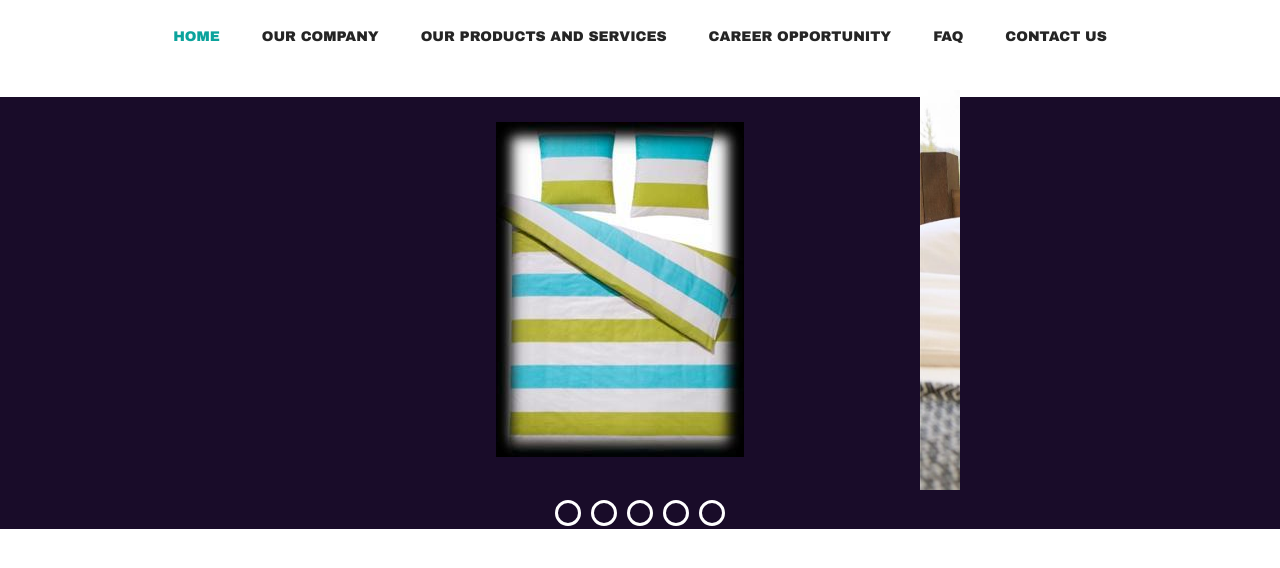
Repository: asifdotpy/textechint
Page: homeTextile.html
These files come from the project's save history. The page is drawn as it stood at one moment and after the next save; the edit follows.
The browser window is 1280 px wide. The pictures show the whole page.

Above is the page before, as saved 2021-03-03 14:45:37.
Console error: TypeError: Cannot read properties of null (reading 'dataset')

### homeTextile.html
<!doctype html>
<html>
<head>
	<meta charset="UTF-8">
	<meta name="viewport" content="width=device-width, initial-scale=1.0">
	<title>Tex Tech International</title>
	<link rel="stylesheet" type="text/css" href="css/home.css">
	<link rel="stylesheet" type="text/css" href="css/mobile.css" media="screen and (max-width : 568px)">
	<link rel="shortcut icon" href="/favicon.ico">
	<script type="text/javascript" src="js/homeSlider.js"></script>
</head>
<body>
    <div id="header">
		<ul id="navigation">
			<li class="selected">
				<a href="index.html">home</a>
			</li>
			<li>
				<a href="company.html">our company</a>
			</li>
			<li>
				<a href="gallery.html">Our Products and services
				</a>
			</li>
			<li>
				<a href="career.html">career opportunity</a>
			</li>
			<li>
				<a href="faq.html">faq</a>
			</li>
			<li>
				<a href="contact.html">contact us</a>
			</li>
		</ul>
	</div>
    <div class="slider-all">
    <div class="sub-body">
        <div class="slider">
            <div class="images">
                <input type="radio" name="slide" id="img1" checked>
                <input type="radio" name="slide" id="img2">
                <input type="radio" name="slide" id="img3">
                <input type="radio" name="slide" id="img4">
                <input type="radio" name="slide" id="img5">

                <img src="./hometextile/hometextile1.png" class="m1" alt="img1">
                <img src="./images/slide-hometextile.jpg" class="m2" alt="img2">
                <img src="./images/slide-handicraft.jpg" class="m3" alt="img3">
                <img src="./images/slide-leather.jpg" class="m4" alt="img4">
                <img src="./images/slide-itsolutions.jpg" class="m5" alt="img5">
            </div>
            <div class="dots">
                <label for="img1"></label>
                <label for="img2"></label>
                <label for="img3"></label>
                <label for="img4"></label>
                <label for="img5"></label>
            </div>
        </div>
    </div>
    </div>
    </div>
</body>
</html>

### css/home.css
@font-face {
	font-family: 'poller_oneregular';
	src: url('../fonts/pollerone/pollerone-webfont.eot');
	src: url('../fonts/pollerone/pollerone-webfont.eot?#iefix') format('embedded-opentype'),
		 url('../fonts/pollerone/pollerone-webfont.woff') format('woff'),
		 url('../fonts/pollerone/pollerone-webfont.ttf') format('truetype'),
		 url('../fonts/pollerone/pollerone-webfont.svg#poller_oneregular') format('svg');
}
@font-face {
	font-family: 'leckerli_oneregular';
	src: url('../fonts/leckerlione/leckerlione-regular-webfont.eot');
	src: url('../fonts/leckerlione/leckerlione-regular-webfont.eot?#iefix') format('embedded-opentype'),
		 url('../fonts/leckerlione/leckerlione-regular-webfont.woff') format('woff'),
		 url('../fonts/leckerlione/leckerlione-regular-webfont.ttf') format('truetype'),
		 url('../fonts/leckerlione/leckerlione-regular-webfont.svg#leckerli_oneregular') format('svg');
}

body {
	background: #fff;
	font-family: Arial, Helvetica, sans-serif;
	font-size: 14px;
	font-weight: normal;
	line-height: 1;
	margin: 0;
	min-width: 960px;
	padding: 0;
}

#header {
	margin: 0 auto;
	padding: 4px 0 50px;
	text-align: center;
	/*width: 960px;*/
}
#header a.logo {
	display: block;
	margin: 0 auto;
	padding: 0;
	width: 340px;
}
#header a.logo img {
	border: 0;
	display: block;
	margin: 0;
	padding: 0;
}
#header ul {
	margin: 0;
	padding: 25px 0 0;
}
#header ul li {
	display: inline;
	list-style: none;
	margin: 0;
	padding: 0 19px;
}
#header ul li a {
	color: #252525;
	display: inline-block;
	font-family: "Arial Black", Gadget, sans-serif;
	font-size: 14px;
	font-weight: normal;
	margin: 0;
	padding: 0 0 3px;
	text-decoration: none;
	text-transform: uppercase;
}
#header ul li a:hover, #header ul li.selected a {
	color: #0ba39c;
}

#footer {
	background: #252525;
	margin: 0;
	padding: 36px 0 42px;
}
#footer div {
	margin: 0 auto;
	overflow: hidden;
	padding: 0;
	width: 960px;
}
#footer div p {
	color: #fff;
	float: left;
	line-height: 44px;
	margin: 0 0 0 10px;
	padding: 0;
}
#footer div ul {
	display: block;
	float: right;
	margin: 0;
	overflow: hidden;
	padding: 0;
	width: 256px;
}
#footer div ul li {
	display: block;
	float: left;
	list-style: none;
	margin: 0 10px;
	padding: 0;
	width: 44px;
}
#footer div ul li a {
	background: url(../images/icons.jpg) no-repeat 0 0;
	display: block;
	height: 44px;
	margin: 0;
	padding: 0;
	text-indent: -99999px;
	width: 44px;
}
#footer div ul li #linkedin {
	background-position: 0 0;
}
#footer div ul li #linkedin:hover {
	background-position: -44px 0;
}
#footer div ul li #facebook {
	background-position: 0 -44px;
}
#footer div ul li #facebook:hover {
	background-position: -44px -44px;
}


div .slider-all {
    box-sizing: border-box;
    margin: 0;
    padding: 0;
}
div .sub-body {
    height: 60vh;
    display: flex;
    justify-content: center;
    align-items: center;
    background: rgb(25,12,41);
}


.slider {
    position: relative;
    width: 50%;
    overflow: hidden;
}
.images {
    display: flex;
    width: 100%;
}
.images img {
    height: 400px;
    width: 100%;
    transition: all 0.15s ease;
}
.images input {
    display: none;
}
.dots {
    display: flex;
    justify-content: center;
    margin: 5px;
}
.dots label {
    height: 20px;
    width: 20px;
    border-radius: 50%;
    border: solid #fff 3px;
    cursor: pointer;
    transition: all 0.15s ease;
    margin: 5px;
}
.dots label:hover {background: #fff;}
#img1:checked ~ .m1 {
    margin-left: 0;
}
#img2:checked ~ .m2 {
    margin-left: -100%;
}
#img3:checked ~ .m3 {
    margin-left: -200%;
}
#img4:checked ~ .m4 {
    margin-left: -300%;
}
#img5:checked ~ .m5 {
	margin-left: -400%;
}


#container {
    margin-top: 2vh;
    margin-bottom: 2vh;
    margin-left: 40vh;
    margin-right: 40vh;
    padding: 2vh;
    text-align: left;
}

h1 {
    font-size: 36px;
    margin-top: 20px;
    margin-bottom: 10px;
    font-family: inherit;
    font-weight: 500;
    line-height: 1.1;
    color: inherit;
    /*margin: 067em 0;*/
}

#container p {
    font-size: 18px;
    font-family: inherit;
    font-weight: 300;
	line-height: 1.4;
}

.carousel {
	padding: 3rem;
}

/*---------------------------------------adding images in home tab-----------------------------------*/

.flex-parent {
	display: flex;
  }
  .flex-child {
	flex: 1;
  }

  /* base css */
  .carousel {
	padding: 3rem;
  }
  /*h3 {
	margin: 1.5rem 0 .25em;
	clear: both;
  }*/
  .parent {
	background: #fff;
	padding-left: 3rem;
	padding-right: 3rem;
	margin-left: 2rem;
	margin-right: 2rem;
  }
  .child {
	border: none;
	padding: 1rem;
	margin: auto;
	width: 50%;
	text-align: center;
  }

  .child p {
	font-size: 18px;
	font-family: inherit;
	font-weight: 300;
	line-height: 1.4;
  }

### js/homeSlider.js
/*
    This page made by : Youssef Abdelzaher Front-end developer
*/

/* Start Get Elements  */
let AbdelzaherSlider = document.querySelector(".Abdelzaher-slider");
let items = Array.from(document.querySelectorAll(".Abdelzaher-slider .item"));
let controls = document.querySelector(".Abdelzaher-slider .controls");
// Creat controls spans by items number
for (let i = 0; i < items.length; i++) {
    let controlsSpan = document.createElement("span");
    controlsSpan.dataset.index = i;
    controls.appendChild(controlsSpan);
}
let controlsSpans = Array.from(document.querySelectorAll(".Abdelzaher-slider .controls span"));
let controlsButtons = Array.from(document.querySelectorAll(".Abdelzaher-slider .controlsButtons button"));
let audioEffect  = document.querySelector(".sound");
/* End Get Elements  */

/* Start Controls span Function  */
controlsSpans.forEach((span,index) => {
    // Add z-index for spans
    span.style.zIndex = items.length + 2;

    span.onclick = function(){
        let activeItem = document.querySelector(".Abdelzaher-slider .item.active");
        let activeIndex = items.indexOf(activeItem);
        if (index > activeIndex) {
            startAudio();
            // Cleear Interval function for this Function work without problems
            clearInterval(autoInterval);
            setTimeout(autoTranstion(),5000);
            // Remove and Add class "active" for items to make transform
            activeItem.style.transform = 'translate(-100%)';
            activeItem.classList.remove('active');
            items[index].style.transform = 'translate(0)';
            items[index].classList.add('active');
            // Add this function for transform work good without any problems in the end of transform
            getPosition();

        }else if(index < activeIndex) {
            startAudio();
            // Cleear Interval function for this Function work without problems
            clearInterval(autoInterval);
            setTimeout(autoTranstion(),5000);
            // Remove and Add class "active" for items to make transform
            activeItem.style.transform = 'translate(100%)';
            activeItem.classList.remove('active');
            items[index].style.transform = 'translate(0)';
            items[index].classList.add('active');
            // Add this function for transform work good without any problems in the end of transform
            getPosition();
        }

    };
});
/* End Controls span Function  */

/* Start prev and next rules Function */
function getPrevAndNext() {
    let activeItem = document.querySelector(".Abdelzaher-slider .item.active");
    let activeIndex = items.indexOf(activeItem);
    let prevSlide,nextSlide;
    if (activeIndex === items.length - 1) {
        nextSlide = items[0];
    } else {
        nextSlide = items[activeIndex + 1];
    }
    if (activeIndex === 0) {
        prevSlide = items[items.length - 1]
    } else {
        prevSlide = items[activeIndex - 1];
    }
    return[prevSlide,nextSlide];
}
getPrevAndNext();
/* End prev and next rules Function */

/* Start Position function */
function getPosition() {
    let activeItem = document.querySelector(".Abdelzaher-slider .item.active");
    let activeIndex = items.indexOf(activeItem);
    const [prevSlide,nextSlide] = getPrevAndNext();
    items.forEach((item,index)=>{
        if (index === activeIndex) {
            item.style.transform = "translateX(0%)";
        }else if (item === prevSlide) {
            item.style.transform = "translateX(-100%)";
        }else if (item === nextSlide) {
            item.style.transform = "translateX(100%)";
        }else{
            item.style.transform = "translateX(100%)";
        }
        item.addEventListener("transitionend",()=>{
            item.classList.remove("top");
        });
        // Add and remove "active" class for controls spans
        controlsSpans.forEach(span => {
            span.classList.remove("active")
        });
        controlsSpans[activeIndex].classList.add("active");
    });
};
getPosition();
/* End Position function */

// Add events for controls buttons
controlsButtons.forEach(button =>{
    // Add z-index for buttons
    button.style.zIndex = items.length + 2;
    button.addEventListener("click",()=>{
        if (button.classList.contains("next")) {
            startAudio();
            // Cleear Interval function for this Function work without problems
            clearInterval(autoInterval);
            setTimeout(autoTranstion(),intervalTimeNume);
            getNextSlide();
        }else if (button.classList.contains("prev")) {
            startAudio();
            clearInterval(autoInterval);
            setTimeout(autoTranstion(),intervalTimeNume);
            getPrevSlide();
        }
    });
});

/* Start nextSlide function */
function getNextSlide() {

    let activeItem = document.querySelector(".Abdelzaher-slider .item.active");
    const [prevSlide,nextSlide] = getPrevAndNext();
    if (activeItem.classList.contains("top")) {
        return;
    }
    // Add class "top" to active item to show his transform
    activeItem.classList.add("top");
    nextSlide.classList.add("top");
    // Remove and Add class "active" for items to make transform
    activeItem.classList.remove('active');
    activeItem.style.transform = 'translate(-100%)';
    nextSlide.classList.add('active');
    nextSlide.style.transform = 'translateX(0)';
    // Add this function for transform work good without any problems in the end of transform
    getPosition();
}
/* End nextSlide function */

/* Start prevSlide function */
function getPrevSlide() {

    let activeItem = document.querySelector(".Abdelzaher-slider .item.active");
    const [prevSlide,nextSlide] = getPrevAndNext();
    if (activeItem.classList.contains("top")) {
        return;
    }
    // Add class "top" to active item to show his transform
    activeItem.classList.add("top");
    prevSlide.classList.add("top");
    // Remove and Add class "active" for items to make transform
    activeItem.classList.remove('active');
    activeItem.style.transform = 'translate(100%)';
    prevSlide.classList.add('active');
    prevSlide.style.transform = 'translateX(0)';
    // Add this function for transform work good without any problems in the end of transform
    getPosition();
}
/* Start prevSlide function */

/* Start autoInterval function for change item every 5 secound */
let intervalTimeNume = parseInt(AbdelzaherSlider.dataset.change);
let intervalTimeString = AbdelzaherSlider.dataset.change;
function autoTranstion() {
    autoInterval = setInterval(()=>{
        getNextSlide();
    },intervalTimeNume);
}
autoTranstion();

// Remove autoInterval function
if (intervalTimeNume === 0 || intervalTimeString === "none") {

    clearInterval(autoInterval);

}
/* End autoInterval function for change item every 5 secound */


/* Start sctiveControl function for add and remove "active" class for controls spans */
function activeControl() {
    let activeItem = document.querySelector(".Abdelzaher-slider .item.active");
    let activeIndex = items.indexOf(activeItem);
    controlsSpans.forEach(span => {
        span.classList.remove("active")
    });
    controlsSpans[activeIndex].classList.add("active");
}
activeControl();
/* End sctiveControl function for add and remove "active" class for controls spans */

function startAudio() {
    audioEffect.play();
}

### css/mobile.css
body {
	min-width: 0;
}
#header {
	padding: 20px 0;
	position: relative;
	width: 100%;
}
#header a.logo {
	width: 80%;
}
#header a.logo img {
	width: 100%;
}
#mobile-navigation {
	background: url(../images/mobile-menu.png) no-repeat 0 0;
	display: block;
	height: 50px;
	margin: 30px auto 0;
	padding: 0;
	width: 50px;
}
#header ul {
	border: 1px solid #fff;
	display: none;
	left: 50%;
	margin-left: -45%;
	padding: 0;
	position: absolute;
	width: 90%;
	z-index: 1001;
}
#header ul li {
	border-top: 1px solid #fff;
	display: block;
	margin: 0;
	padding: 0;
	position: relative;
}
#header > ul > li:first-child {
	border: 0;
}
#header ul li a {
	background: rgba(11, 163, 156, 0.9);
	color: #fff;
	display: block;
	font-family: Arial, Helvetica, sans-serif;
	font-size: 16px;
	font-weight: normal;
	height: 49px;
	line-height: 49px;
	padding: 0 15px;
	text-align: left;
}
#header ul li a:hover, #header ul li.selected a {
	background: rgba(0, 0, 0, 0.9);
	color: #fff;
}
#header ul ul {
	display: none;
	border: 0;
	height: auto;
	left: 0;
	margin: 0;
	position: relative;
	width: 100%;
}
#header ul ul li a {
	text-indent: 15px;
}
#header ul li span {
	background: rgba(11, 163, 156, 0.9) url(../images/mobile-expand.png) no-repeat 0 0;
	border-left: 1px solid #fff;
	display: block;
	height: 49px;
	position: absolute;
	right: 0;
	top: 0;
	width: 50px;
}
#body {
	width: 100%;
}
#body h1 {
	display: block;
	font-size: 20px;
	margin: 0 auto;
	width: 90%;
}
#body h1 span {
	display: block;
	padding: 3%;
	width: 94%;
}
#body > div {
	padding: 0 5%;
	width: 90%;
}
#body > div img {
	margin: 24px 0 30px;
	width: 98%
}
#body > div .article {
	padding: 0;
	width: 100%;
}
#body > div .article h2, #body > div .article h4 {
	font-size: 18px;
	font-weight: bold;
}
#body #featured {
	overflow: hidden;
	margin: 0 0 20px
}
#body #featured img {
	min-width: 960px;
}
#body #featured div {
	left: 0;
	margin: 0;
	padding: 0 2%;
	position: absolute;
	top: 0;
	text-align: left;
	width: 96%;
}
#body #featured div h2 {
	font-size: 14px;
	font-weight: normal;
	margin: 50px 0 10px;
	padding: 8px 5px;
}
#body #featured div span {
	display: block;
	font-size: 14px;
	margin: 10px 0;
	padding: 10px;
}
#body #featured div a {
	font-size: 14px;
	margin: 5px 0 0;
	padding: 10px;
}
#body > ul {
	overflow: visible;
	padding: 0 5%;
	width: 90%;
}
#body ul.gallery {
	padding: 5% 0;
	overflow: hidden;
	width: 100%;
}
#body > ul li {
	float: none;
	margin: 0;
	width: 100%;
}
#body ul.gallery li {
	float: left;
	margin: 0 0 5% 5%;
	width: 42%;
}
#body > ul li a img {
	width: 98%;
}
#body > ul li a span {
	padding: 15px 0;
}
#body div ul {
	margin: 0;
	padding: 20px 0 0;
	width: 100%;
}
#body div ul li {
	overflow: visible;
	padding: 0 0 20px;
	width: 99%;
}
#body div ul li .figure {
	border: 0;
	display: block;
	float: none;
	margin: 0 0 20px;
	width: 100%;
}
#body div ul li .figure img {
	width: 100%;
}
#body div ul li div {
	float: none;
	padding: 0;
	width: 100%;
}
#body div ul li div a.more:hover {
	height: 14px;
	line-height: 14px;
}
#body form {
	width: 100%;
}
#body form input, #body form textarea {
	margin: 0 0 20px;
	padding: 10px;
	width: 84%;
}
#body form #send {
	padding: 10px;
}
#footer {
	padding: 10px 0 25px;
}
#footer div {
	overflow: visible;
	width: 100%;
}
#footer div p {
	float: none;
	margin: 0;
	text-align: center;
}
#footer div ul {
	float: none;
	margin: 0 auto;
	width: 256px;
}

#container {
    margin-top: 0;
    margin-bottom: 0;
    margin-left: 0;
    margin-right: 0;
    padding: 2vh;
    text-align: center;
}

After the next save:
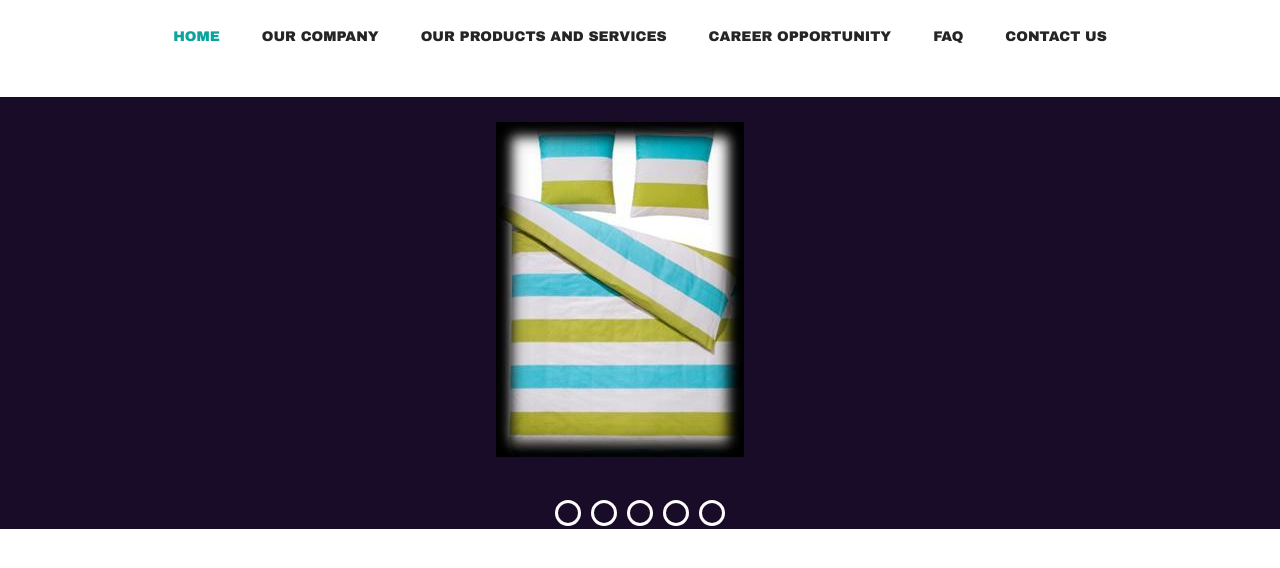
Saved 10 s later.
--- a/homeTextile.html
+++ b/homeTextile.html
@@ -44,7 +44,7 @@
                 <input type="radio" name="slide" id="img5">
 
                 <img src="./hometextile/hometextile1.png" class="m1" alt="img1">
-                <img src="./images/slide-hometextile.jpg" class="m2" alt="img2">
+                <img src="./hometextile/hometextile1.png" class="m2" alt="img2">
                 <img src="./images/slide-handicraft.jpg" class="m3" alt="img3">
                 <img src="./images/slide-leather.jpg" class="m4" alt="img4">
                 <img src="./images/slide-itsolutions.jpg" class="m5" alt="img5">
